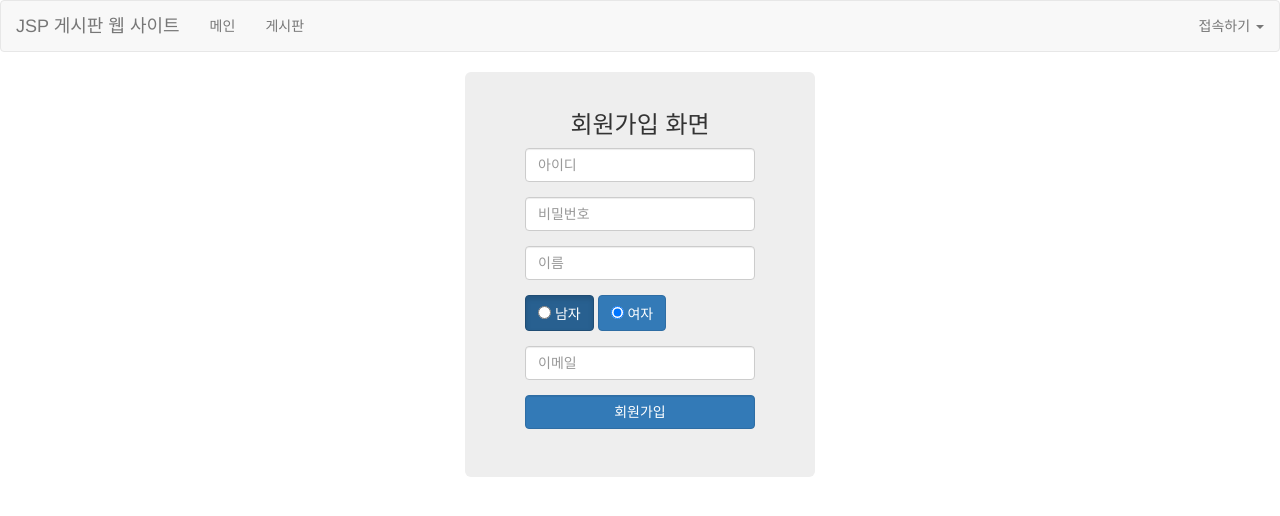
Repository: GorillaDunk/JSP
Page: http://localhost/BBS/join.jsp
The author's editor kept a copy of each file at every save. The page is drawn from the files as they stood at one save, then again after the next save.
The browser window is 1280 px wide. The pictures show the whole page.
Some web libraries are served in a nearby version. The page is served by Tomcat 9.

Above is the page before, as saved 2023-10-14 10:06:57.

After the next save:
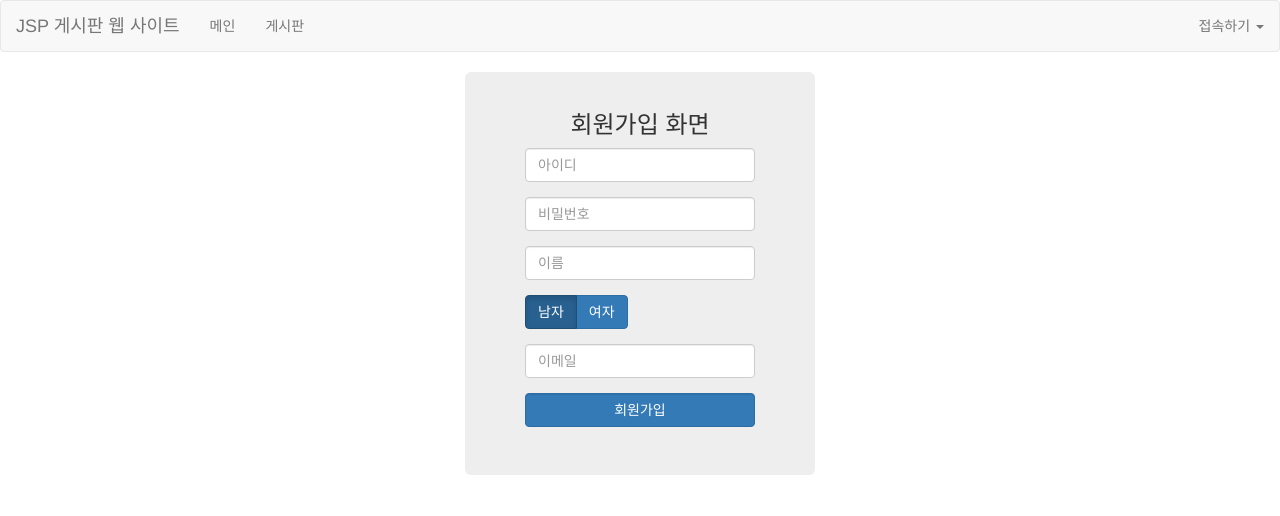
Saved 2 min 21 s later.
--- a/projects/BBS/src/main/webapp/join.jsp
+++ b/projects/BBS/src/main/webapp/join.jsp
@@ -60,12 +60,14 @@
 						<input type="text" class="form-control" placeholder="이름" name="userName" maxlength="20">
 					</div>
 					<div class="form-group style="text-align: center;">
-						<label class="btn btn-primary active">
-							<input type="radio" name="userGender" autocomplete="off" value="남자" checked> 남자
-						</label>
-						<label class="btn btn-primary">
-							<input type="radio" name="userGender" autocomplete="off" value="여자" checked> 여자
-						</label>
+						<div class="btn-group" data-toggle="buttons">
+							<label class="btn btn-primary active">
+								<input type="radio" name="userGender" autocomplete="off" value="남자" checked> 남자
+							</label>
+							<label class="btn btn-primary">
+								<input type="radio" name="userGender" autocomplete="off" value="여자" checked> 여자
+							</label>
+						</div>
 					</div>
 					<div class="form-group">
 						<input type="email" class="form-control" placeholder="이메일" name="userEmail" maxlength="20">
